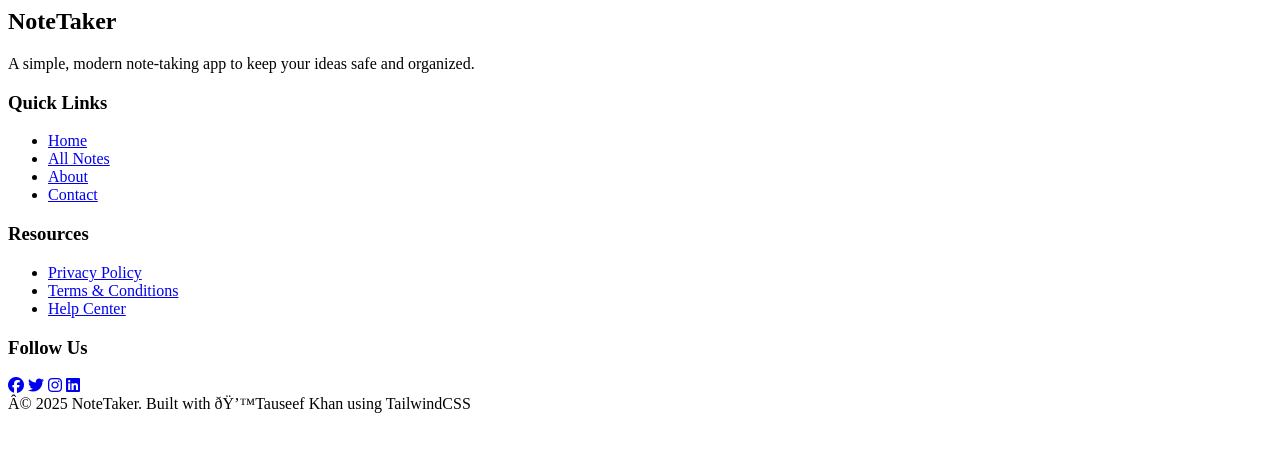
Repository: tauseefthedeveloper/ContactManagementSystem
Page: http://localhost/NoteTaker/footer.jsp
An editor plug-in stored every save of this project. The page is shown before and after a run of saves, followed by the edit.
The browser window is 1280 px wide. The pictures show the whole page.
Some web libraries are served in a nearby version. The page is served by Tomcat 9.

Above is the page before, as saved 2025-08-28 13:34:39.

After the next 2 saves:
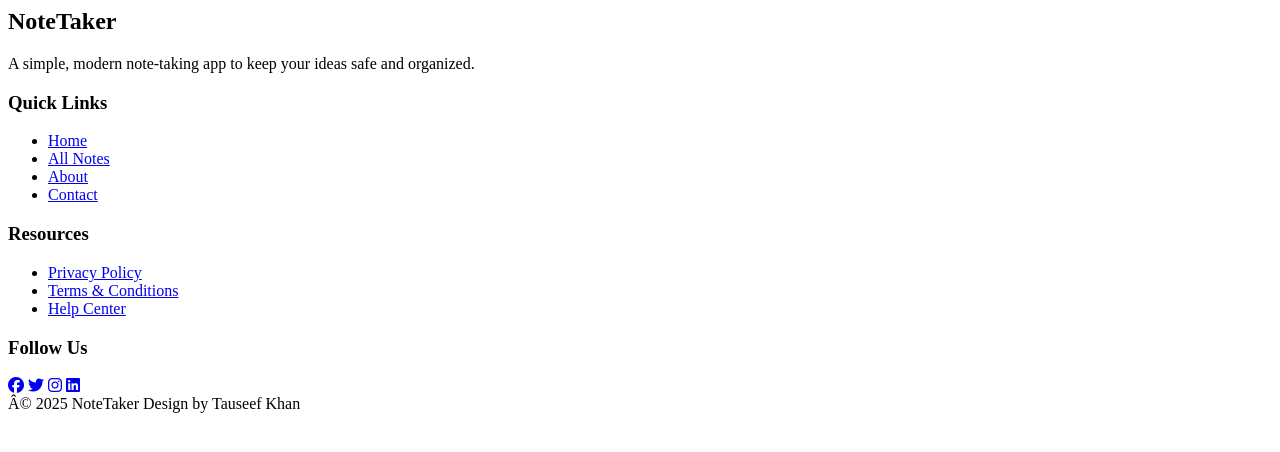
The 2 saves are shown as one change because they came seconds apart.
The last was saved 25 s later.
--- a/NoteTaker/src/main/webapp/footer.jsp
+++ b/NoteTaker/src/main/webapp/footer.jsp
@@ -54,7 +54,7 @@
 	<!-- Bottom Bar -->
 	<div
 		class="bg-white border-t border-gray-200 py-4 text-center text-sm text-gray-500">
-		© 2025 NoteTaker. Built with 💙Tauseef Khan using TailwindCSS</div>
+		© 2025 NoteTaker Design by Tauseef Khan</div>
 </footer>
 
 <!-- FontAwesome -->
